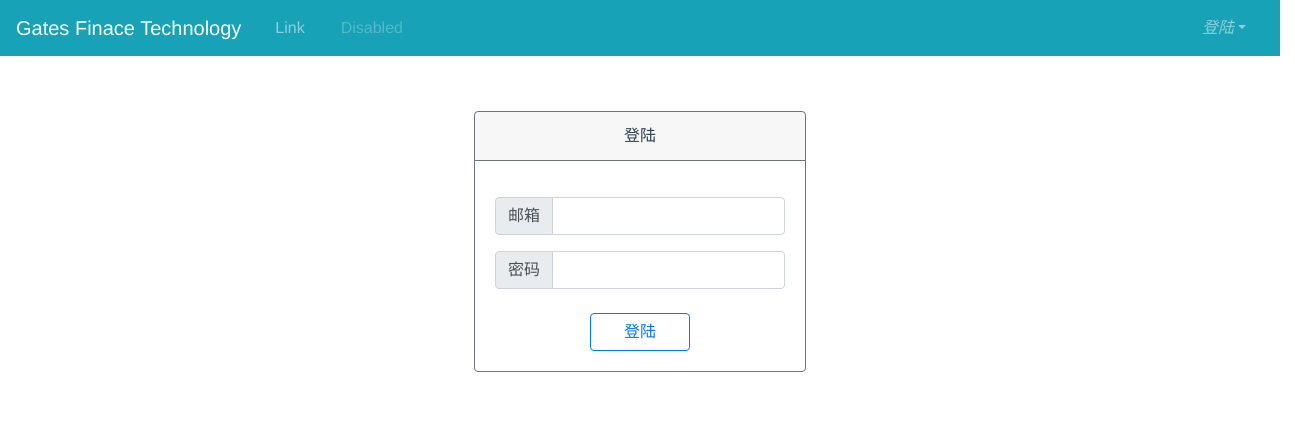
Repository: sqsssq/GatesFinace
Page: /login (app in webview/)
An editor plug-in stored every save of this project. The page is shown before and after the next save, followed by the edit.
The browser window is 1280 px wide. The page is 1295 px wide, so the pictures cover 1295 px, including what lies to the right of the window. The pictures show the whole page.
The project was rebuilt for these pictures with package versions that can differ from the ones it lists, and the page was loaded fresh each time. Also part of the build but not shown: webview/src/components/Global.vue, webview/src/components/HelloWorld.vue, webview/src/views/Home.vue, webview/src/components/gatesCarousel.vue, webview/src/views/main.vue.

Above is the page before, as saved 2020-11-03 18:03:39.

After the next save:
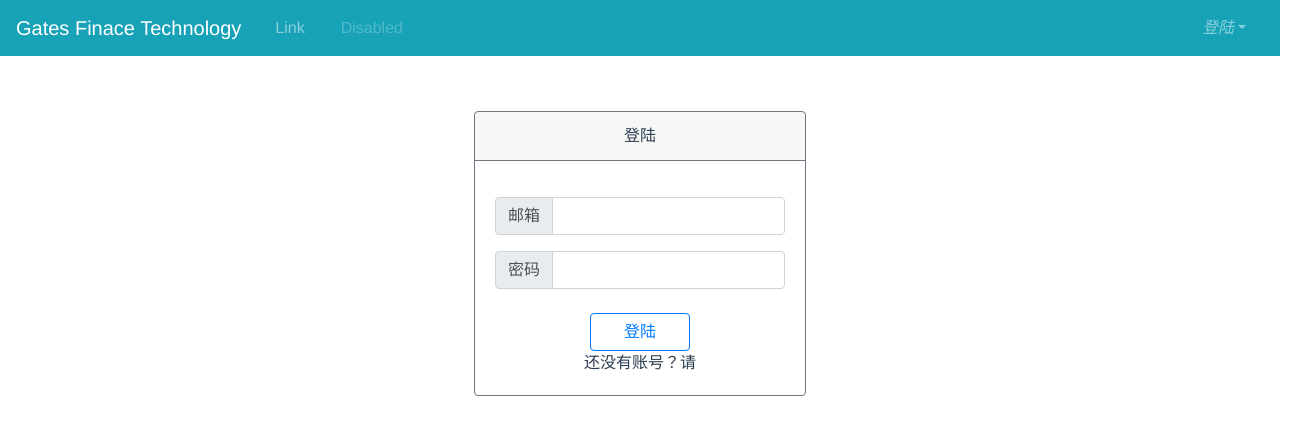
Saved 2 min 4 s later.
--- a/webview/src/components/gatesLogin.vue
+++ b/webview/src/components/gatesLogin.vue
@@ -33,6 +33,7 @@
         variant="outline-primary"
         style="width: 100px;"
       >登陆</b-button>
+      <b-card-text>还没有账号？请<router-link>注册</router-link></b-card-text>
     </b-card>
 
   </div>

After the save that followed:
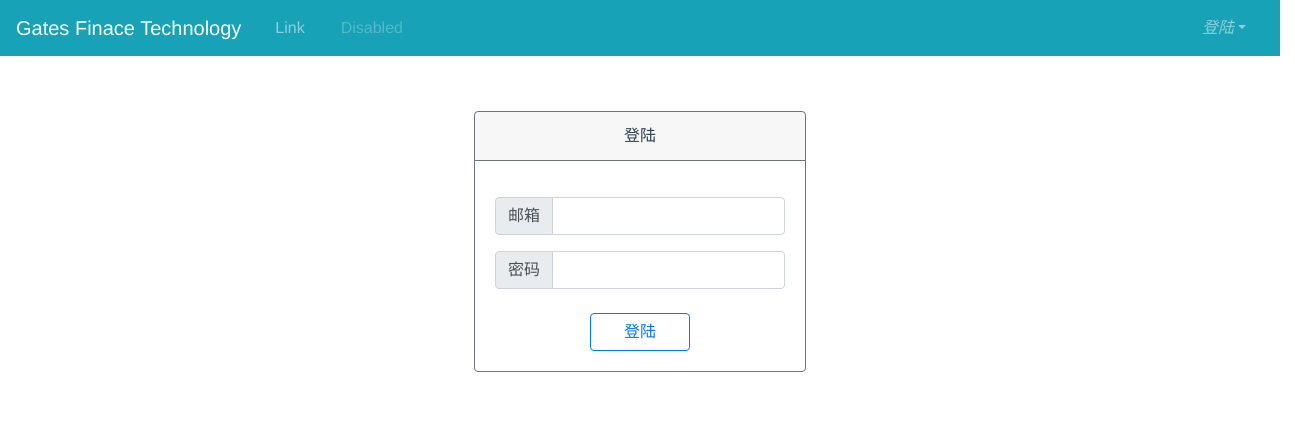
Saved 17 s later.
--- a/webview/src/components/gatesLogin.vue
+++ b/webview/src/components/gatesLogin.vue
@@ -33,7 +33,7 @@
         variant="outline-primary"
         style="width: 100px;"
       >登陆</b-button>
-      <b-card-text>还没有账号？请<router-link>注册</router-link></b-card-text>
+      <!-- <b-card-text>还没有账号？请<router-link>注册</router-link></b-card-text> -->
     </b-card>
 
   </div>
